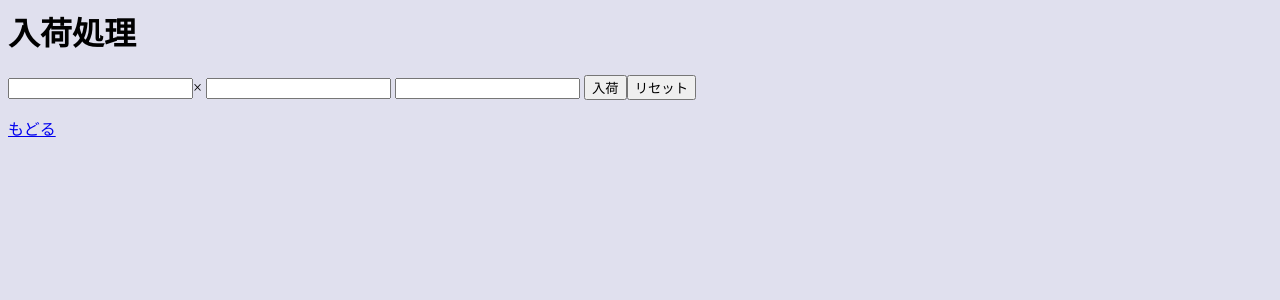
Repository: e1b19110/super
Page: src/main/resources/templates/nyuka1.html
These files come from the project's save history. The page is drawn as it stood at one moment and after the next save; the edit follows.
The browser window is 1280 px wide. The pictures show the whole page.

Above is the page before, as saved 2021-12-07 16:26:41.

After the next save:
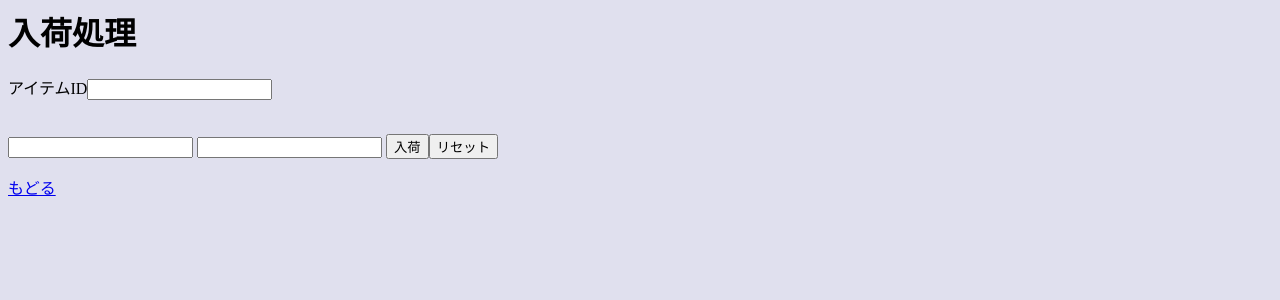
Saved 3 min 3 s later.
--- a/src/main/resources/templates/nyuka1.html
+++ b/src/main/resources/templates/nyuka1.html
@@ -7,7 +7,7 @@
   <h1>入荷処理</h1>
   <p>
     <form action="/himiko/nyuka2" method="post">
-      <input type="number" name="item_id" />×
+      <p>アイテムID<input type="number" name="item_id" /></p><br>
       <input type="number" name="shop_id" />
       <input type="number" name="number" />
       <input type="submit" value="入荷"><input type="reset" value="リセット">
